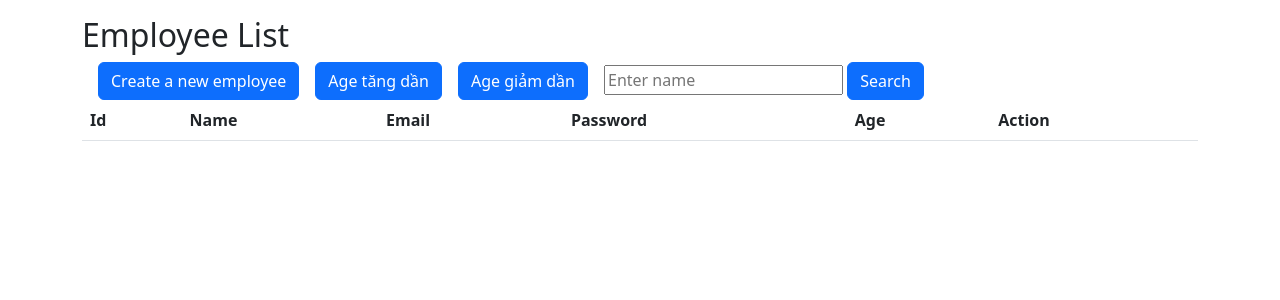
Repository: HoangLinh2001/PHP
Page: http://localhost/list_employee.php
An editor plug-in stored every save of this project. The page is shown before and after the next save, followed by the edit.
The browser window is 1280 px wide. The pictures show the whole page.
The page is run by PHP 8.4 with error messages shown; the project is at /var/www/html/. Queries for data that is not in the repository find no rows.

Above is the page before, as saved 2023-06-21 15:27:21.

After the next save:
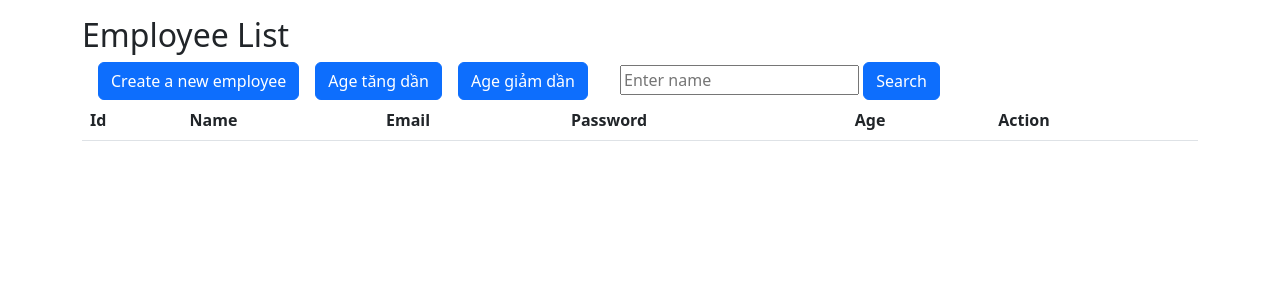
Saved 17 s later.
--- a/DEMOPHPBUOI2/list_employee.php
+++ b/DEMOPHPBUOI2/list_employee.php
@@ -16,7 +16,7 @@
         }
 
         .create-filter-employee .search-form{
-            margin-left: 1rem;
+            margin-left: 2rem;
         }
     </style>
 </head>
